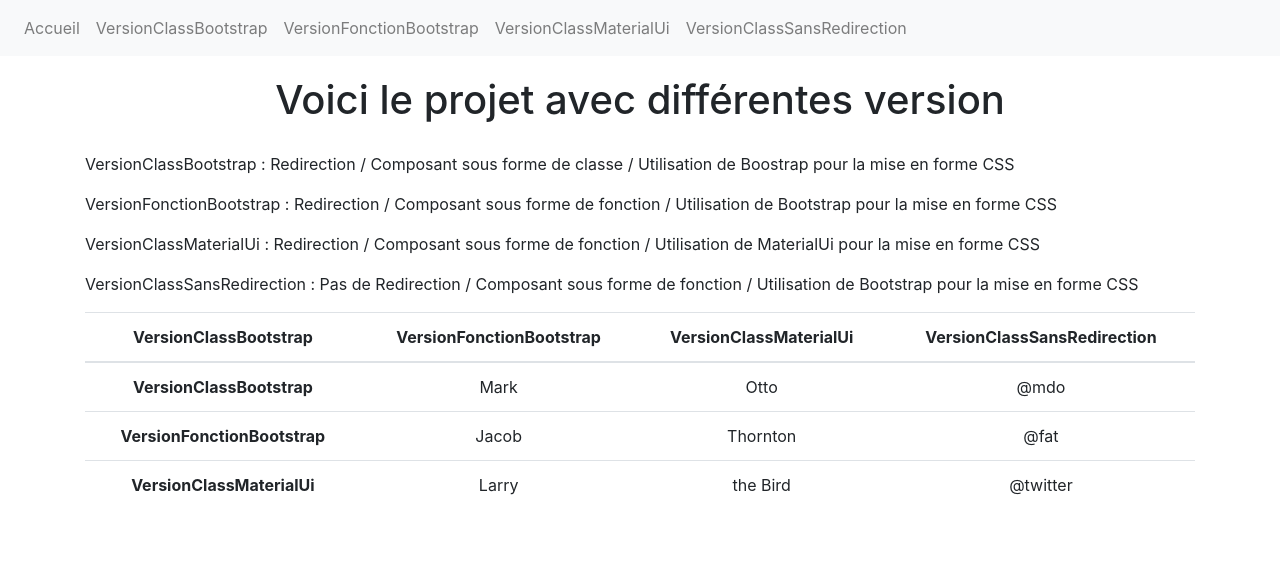
Repository: LudovicB21/CountryTest
Page: /
The author's editor kept a copy of each file at every save. The page is drawn from the files as they stood at one save, then again after the next save.
The browser window is 1280 px wide. The pictures show the whole page.
The project was rebuilt for these pictures with package versions that can differ from the ones it lists, and the page was loaded fresh each time. Also part of the build but not shown: src/components/VersionClassBootstrap/ListPays.components.js, src/components/VersionClassMaterialUi/ListPays.components.js, src/components/VersionFonctionBoostrap/ListPays.components.js, src/components/VersionSansRedirection/ListPays.component.js, src/components/VersionClassBootstrap/InfoPays.components.js, src/components/VersionClassMaterialUi/InfoPays.components.js, src/components/VersionFonctionBoostrap/InfoPays.components.js.

Above is the page before, as saved 2020-10-29 13:27:44.

After the next save:
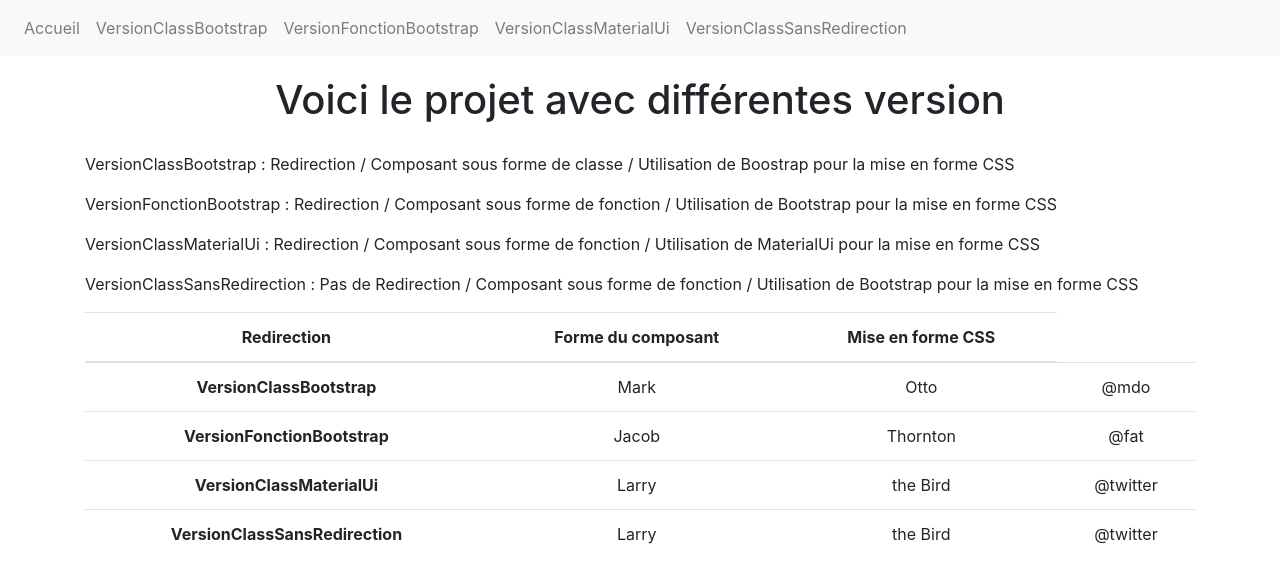
Saved 2 min 47 s later.
--- a/src/components/Accueil.js
+++ b/src/components/Accueil.js
@@ -30,10 +30,9 @@ class Accueil extends Component {
                 <table class="table">
                     <thead>
                         <tr>
-                        <th scope="col">VersionClassBootstrap</th>
-                        <th scope="col">VersionFonctionBootstrap</th>
-                        <th scope="col">VersionClassMaterialUi</th>
-                        <th scope="col">VersionClassSansRedirection</th>
+                        <th scope="col">Redirection</th>
+                        <th scope="col">Forme du composant</th>
+                        <th scope="col">Mise en forme CSS </th>
                         </tr>
                     </thead>
                     <tbody>
@@ -55,6 +54,12 @@ class Accueil extends Component {
                             <td>the Bird</td>
                             <td>@twitter</td>
                         </tr>
+                        <tr>
+                        <th scope="row">VersionClassSansRedirection</th>
+                            <td>Larry</td>
+                            <td>the Bird</td>
+                            <td>@twitter</td>
+                        </tr>
                     </tbody>
                     </table>
             </div>
